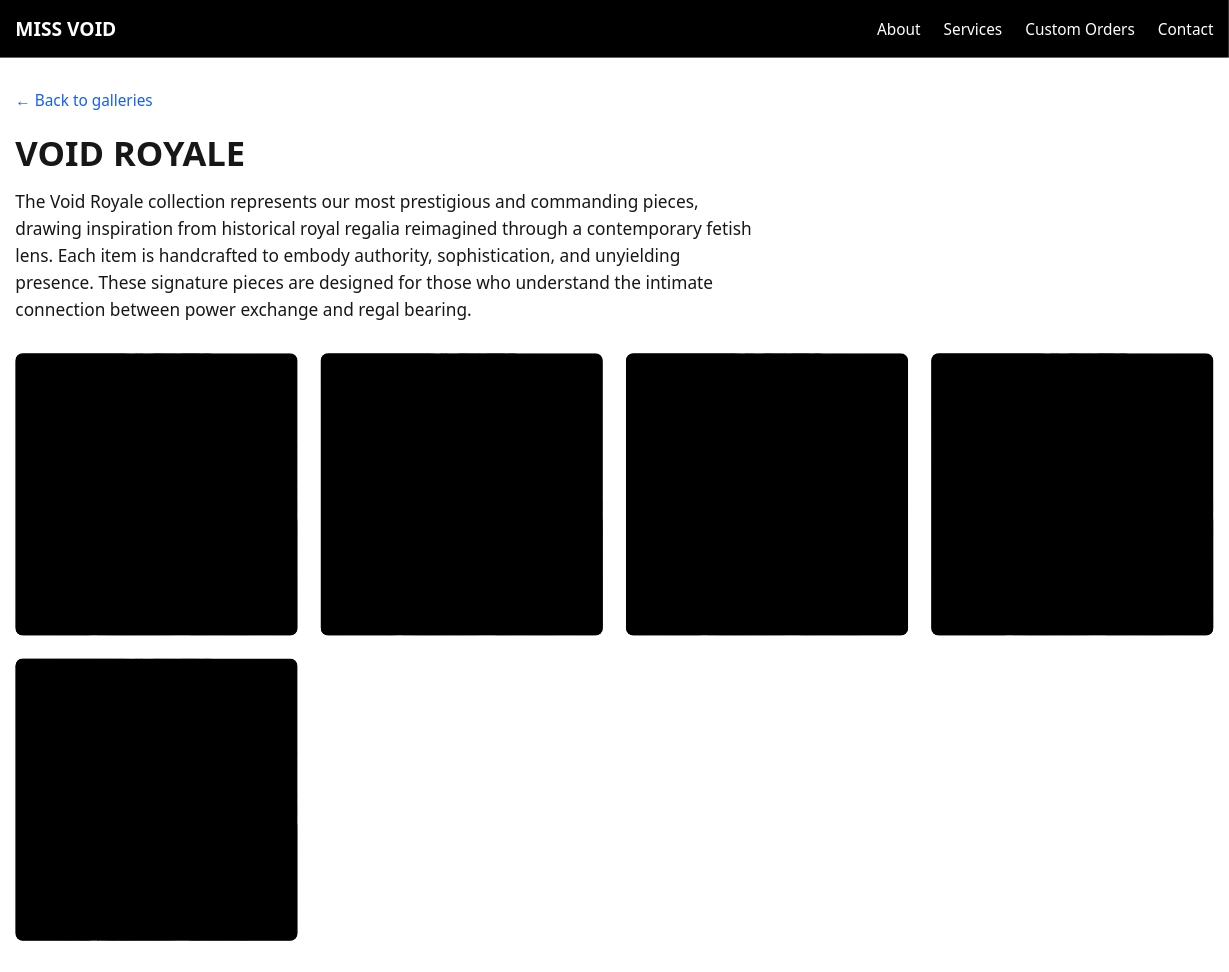
Repository: b0ase/missvoid2
Page: /gallery/void-royale
The author's editor kept a copy of each file at every save. The page is drawn from the files as they stood at one save, then again after the next save.
The browser window is 1280 px wide. The pictures show the whole page, at 96% of full size.
The page's requests for data from a server got no answer. The project was rebuilt for these pictures with package versions that can differ from the ones it lists, and the page was loaded fresh each time. The framework's server and built-in components were replaced by stand-ins that run in the browser. No one was signed in, and anything a server would have sent is missing. Also part of the build but not shown: next.config.js.

Above is the page before, as saved 2025-04-11 11:25:56.

After the next save:
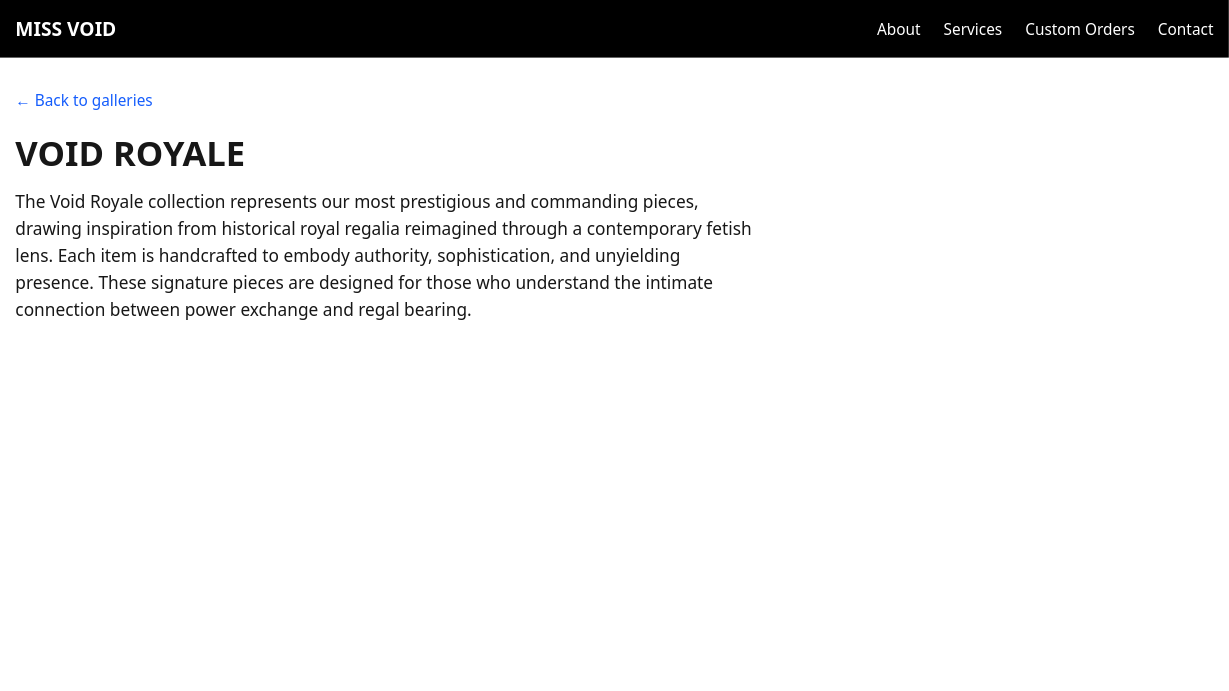
Saved 21 s later.
--- a/src/app/gallery/void-royale/page.tsx
+++ b/src/app/gallery/void-royale/page.tsx
@@ -2,38 +2,38 @@
 
 import GalleryPage from '@/app/components/GalleryPage';
 
-// Gallery items with detailed descriptions
+// Gallery items with detailed descriptions but using placeholder images
 const galleryItems = [
   {
-    src: '/images/void-royale/image-1.jpg',
+    src: 'https://placehold.co/600x600/000000/FFFFFF/png?text=Monarch+Harness',
     title: 'Monarch Harness',
     description: 'An architectural chest harness featuring precision-cut Italian leather overlays that create a regal silhouette. The graduated panels frame the torso while maintaining mobility and comfort.',
     materials: 'Italian calfskin leather, nickel-free hardware, adjustable buckle closures',
     price: 'From £1,450'
   },
   {
-    src: '/images/void-royale/image-2.jpg',
+    src: 'https://placehold.co/600x600/000000/FFFFFF/png?text=Sovereign+Corset',
     title: 'Sovereign Corset',
     description: 'A structured corset designed with dramatic lines that elongate the torso. Featuring a combination of traditional corsetry techniques and modern leather craftsmanship for a commanding presence.',
     materials: 'Vegetable-tanned leather, steel boning, satin lining, back lacing system',
     price: 'From £2,200'
   },
   {
-    src: '/images/void-royale/image-3.jpg',
+    src: 'https://placehold.co/600x600/000000/FFFFFF/png?text=Imperial+Collar',
     title: 'Imperial Collar',
     description: 'A statement posture collar with architectural detailing that frames the face and neck. The extended shoulder elements create a commanding silhouette inspired by royal regalia.',
     materials: 'Premium cowhide, internal padding, custom brass hardware, adjustable fit system',
     price: 'From £980'
   },
   {
-    src: '/images/void-royale/image-4.jpg',
+    src: 'https://placehold.co/600x600/000000/FFFFFF/png?text=Noble+Restraints',
     title: 'Noble Restraints',
     description: 'Elegant wrist cuffs featuring detailed embossing and edge work that references historical royal motifs. Designed for both aesthetic impact and comfortable extended wear.',
     materials: 'Hand-embossed leather, custom-made locking mechanisms, velvet lining',
     price: 'From £680 per pair'
   },
   {
-    src: '/images/void-royale/image-5.jpg',
+    src: 'https://placehold.co/600x600/000000/FFFFFF/png?text=Regal+Mask',
     title: 'Regal Mask',
     description: 'A sculpted half-face mask that combines elements of traditional masquerade with contemporary dominance aesthetics. The sweeping lines create a transformative presence.',
     materials: 'Molded leather, hand-stitched detailing, adjustable velvet-lined straps',
